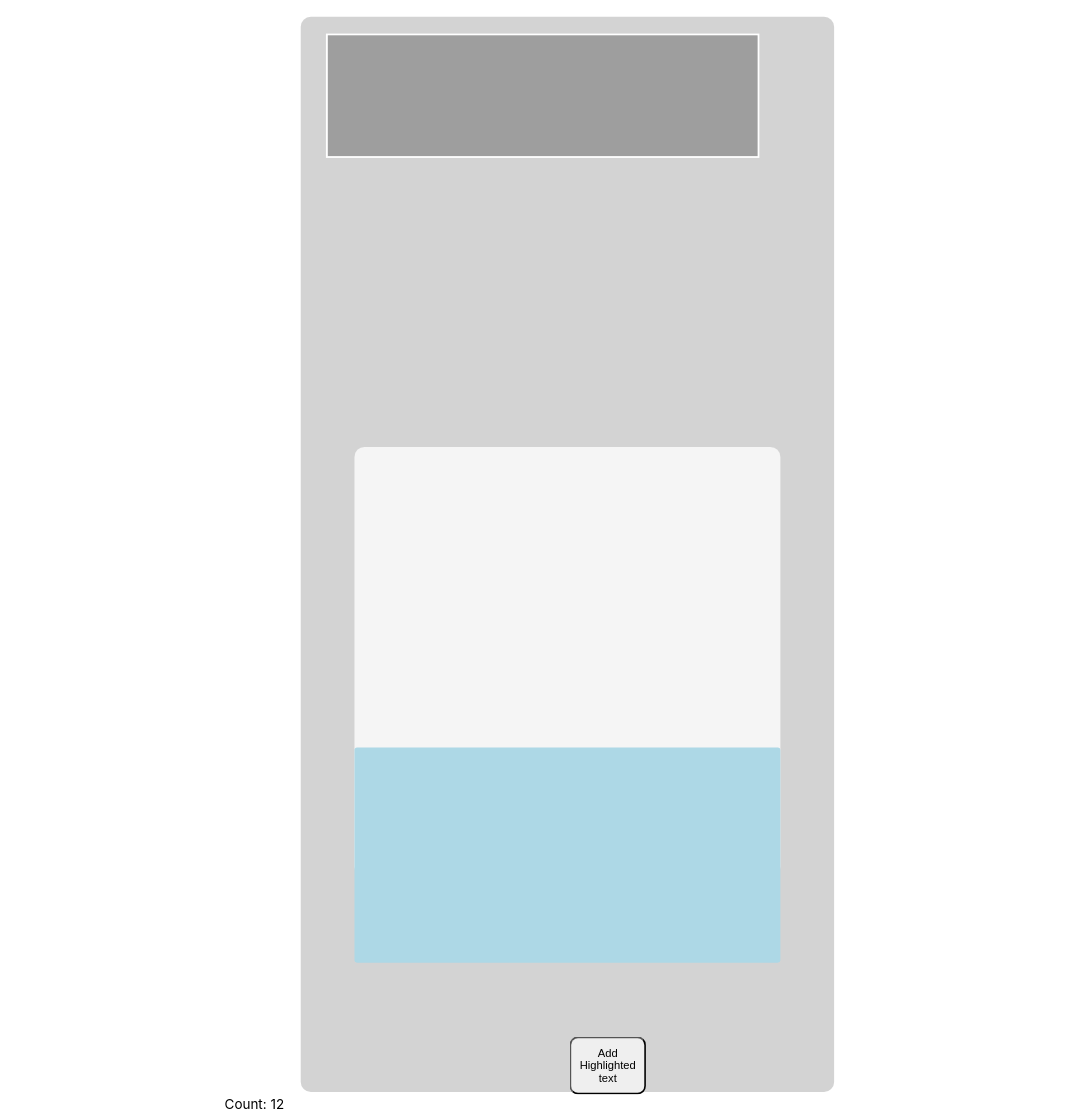
Repository: Farbod29/React-text-highlighter-with-hook-
Page: /
An editor plug-in stored every save of this project. The page is shown before and after the next save, followed by the edit.
The browser window is 1280 px wide. The pictures show the whole page, at 84% of full size.
Pictures or frames that could not be fetched are drawn as grey boxes. The project was rebuilt for these pictures with package versions that can differ from the ones it lists, and the page was loaded fresh each time.

Above is the page before, as saved 2022-02-18 23:11:22.

### src/App.js
import './App.css';
import Highlighter from './highlighter';
function App() {
  return (
    <div className="App">
      <Highlighter />
    </div>
  );
}

export default App;

### src/highlighter.js
import React, { useEffect, useState } from 'react';

export default function Highlighter() {
  let doit = () => {
    document.onmouseup = () => {
      console.log(window.getSelection().toString());
    };
  };
  const [count, setCount] = useState(12);
  return (
    <>
      Count: {count}
      {/* <button onClick={() => setCount((prevCount) => prevCount - 1)}>-</button> */}
      <div
        style={{
          padding: '0px 10px',
          height: '100vw',
          width: '48vw',
          margin: '20px',
          borderRadius: '12px',
          backgroundColor: '#D3D3D3',
          inline: true,
          fontColor: 'red',
          display: 'inline-block',
          textAlign: 'center',
          position: 'relative',
        }}
      >
        <img
          style={{
            height: '20vh',
            width: '40vw',
            position: 'absolute',
            border: '2px solid',
            borderColor: '#ffff',
            left: 30,
            top: 20,
          }}
          src="https://pfrias.couragecompanion.eu/storage/m/_v2/213604778138275840/4f8b684e5-e9314a/vlyvkRQwb3ew/u8hVvH5l5IFvha9MQyXCzPOYLo2SXG3bqIpv6vBg.png"
        ></img>
        <div
          style={{
            // textBox1
            padding: '0px 10px',
            backgroundColor: '#F5F5F5',
            height: '40vw',
            width: '38vw',
            left: '5vw',
            top: '40vw',
            borderRadius: '12px',
            position: 'absolute',
          }}
        />
        <div
          style={{
            // textBox
            padding: '0px 10px',
            backgroundColor: '#ADD8E6',
            height: '20vw',
            width: '38vw',
            left: '5vw',
            top: '68vw',
            borderRadius: '3px',
            position: 'absolute',
          }}
        />
        <div // parent of button
          style={{
            top: '500',
            position: 'absolute',
            bottom: '1vw',
            left: '25vw',
            right: '2vw',
            width: '40px',
            height: '53px',
          }}
        >
          <button
            style={{ padding: '10px', borderRadius: '10px' }}
            onClick={() => setCount(12)}
          >
            {' '}
            Add Highlighted text{' '}
          </button>
        </div>
      </div>
      {doit()}
    </>
  );
}

Loaded but not shown: public/index.html (common file); src/index.js (common file); src/index.css (common file); src/reportWebVitals.js (common file); src/App.css (common file)

After the next save:
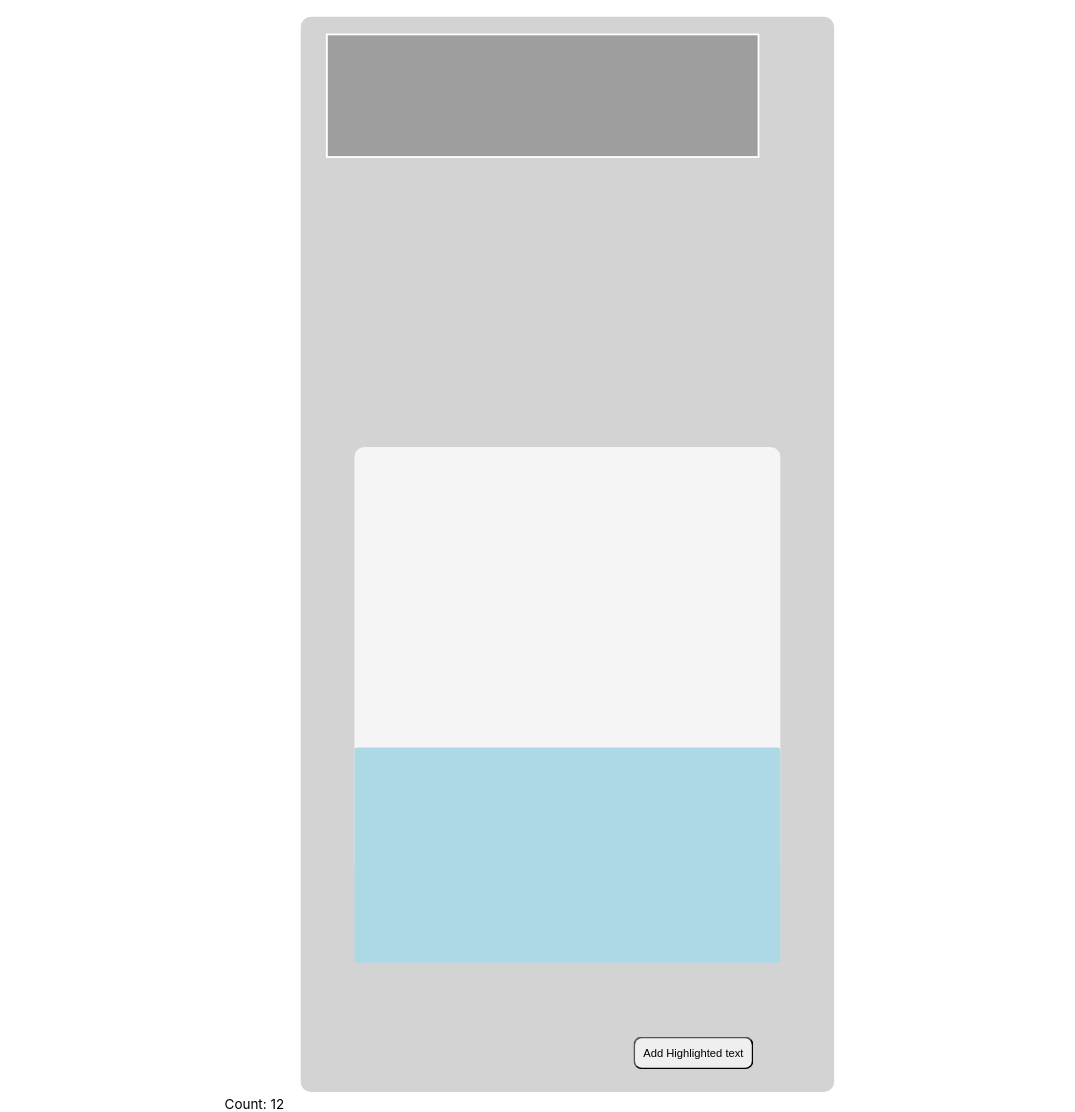
Saved 6 s later.
--- a/src/highlighter.js
+++ b/src/highlighter.js
@@ -64,14 +64,14 @@ export default function Highlighter() {
             position: 'absolute',
           }}
         />
-        <div // parent of button
+        <div
           style={{
             top: '500',
             position: 'absolute',
             bottom: '1vw',
             left: '25vw',
             right: '2vw',
-            width: '40px',
+            width: '23vw',
             height: '53px',
           }}
         >
